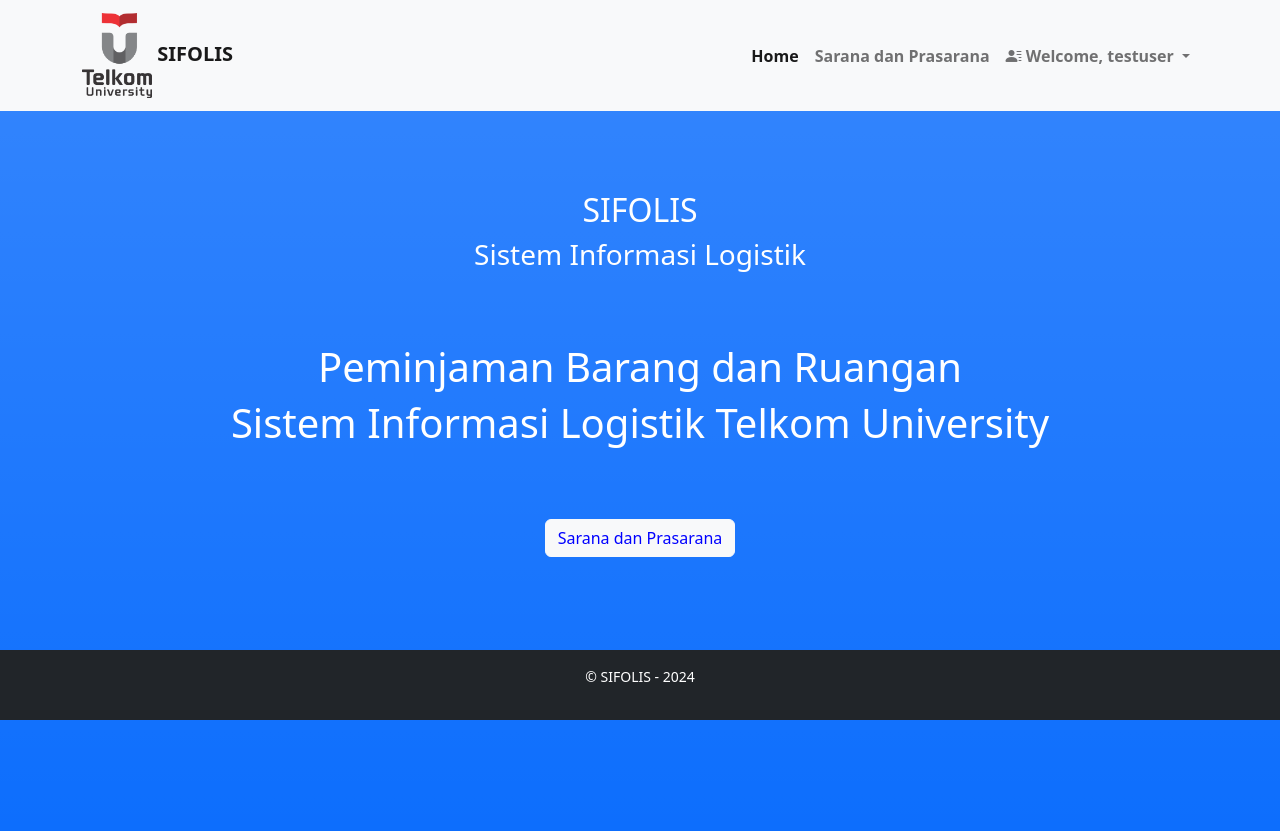
Repository: Audi87/uas_framework
Page: http://localhost/
An editor plug-in stored every save of this project. The page is shown before and after the next save, followed by the edit.
The browser window is 1280 px wide. The pictures show the whole page.
Some web libraries are served in a nearby version. The page is served by the project's Laravel application, run on PHP 8.4 with Laravel 10. A made-up administrator, Test User (test@example.com), is signed in. Other server files are loaded and not shown.

Above is the page before, as saved 2024-06-13 21:02:53.

### routes/web.php
<?php

use App\Http\Controllers\{
    BarangController, ContactController, CustumerController, DataPeminjamanController, HistoryController,
    Home, LoginController, PeminjamanController, ProfilController, RegistrasiController,
    SaranaDanPrasaranaController, AdminController
};
use Illuminate\Support\Facades\Route;


Route::get('/', [Home::class, 'index'])->middleware('auth');

Route::get('/login', [LoginController::class, 'index'])->name('login')->middleware('guest');
Route::post('/login', [LoginController::class, 'login']);
Route::post('/logout', [LoginController::class, 'logout']);

Route::get('/registrasi', [RegistrasiController::class, 'index'])->middleware('guest');
Route::post('/registrasi', [RegistrasiController::class, 'registrasi']);

Route::get('/dashboard', function() {
    return view('dashboard.index', ['title' => 'Dashboard Admin']);
})->middleware('admin');

Route::get('/profil/{user:id}', [ProfilController::class, 'index'])->middleware('auth');

Route::get('/sarana dan prasarana', [SaranaDanPrasaranaController::class, 'index'])->middleware('auth');
Route::resource('/sarana-prasarana', BarangController::class)->middleware('admin');

Route::get('/peminjaman/{barang:id}', [PeminjamanController::class, 'index'])->middleware('auth');
Route::post('/peminjaman/{barang:id}', [PeminjamanController::class, 'peminjaman'])->middleware('auth');

Route::get('/history/{user:id}', [HistoryController::class, 'index'])->middleware('auth');

Route::get('/kembalikan/{id}', [PeminjamanController::class, 'kembalikan'])->middleware('auth');
Route::get('/detail-peminjaman/{id}', [PeminjamanController::class, 'detailPeminjaman'])->middleware('auth');

Route::get('/category/{id}', [SaranaDanPrasaranaController::class, 'category'])->middleware('auth');

Route::get('/custumer', [CustumerController::class, 'index'])->middleware('admin');
Route::get('/custumer/{user:id}', [CustumerController::class, 'detail'])->middleware('admin');

Route::get('/data-peminjaman', [DataPeminjamanController::class, 'index'])->middleware('admin');
Route::get('/data-peminjaman/{id}', [DataPeminjamanController::class, 'detail'])->middleware('admin');

Route::get('/contact', [ContactController::class, 'index'])->middleware('auth');

### app/Models/User.php
<?php

namespace App\Models;

// use Illuminate\Contracts\Auth\MustVerifyEmail;
use Illuminate\Database\Eloquent\Factories\HasFactory;
use Illuminate\Foundation\Auth\User as Authenticatable;
use Illuminate\Notifications\Notifiable;
use Laravel\Sanctum\HasApiTokens;

class User extends Authenticatable
{
    use HasApiTokens, HasFactory, Notifiable;

    /**
     * The attributes that are mass assignable.
     *
     * @var array<int, string>
     */
    // protected $fillable = [
    //     'name',
    //     'email',
    //     'password',
    // ];

    /**
     * The attributes that should be hidden for serialization.
     *
     * @var array<int, string>
     */
    protected $hidden = [
        'password',
        'remember_token',
    ];

    /**
     * The attributes that should be cast.
     *
     * @var array<string, string>
     */
    protected $casts = [
        'email_verified_at' => 'datetime',
    ];

    protected $guarded = ['id'];

    public function peminjaman(){
        return $this->belongsTo(Peminjaman::class);
    }
}

### app/Http/Controllers/Home.php
<?php

namespace App\Http\Controllers;

use Illuminate\Http\Request;

class Home extends Controller
{
    //function untuk menampilkan view home
    public function index(){
        return view('index', [
            'title' => 'Home'
        ]);
    }
}

### resources/views/index.blade.php
<!doctype html>
<html lang="en">

<head>
    <meta charset="utf-8">
    <meta name="viewport" content="width=device-width, initial-scale=1">
    <title>{{ $title }}</title>

    <link href="https://cdn.jsdelivr.net/npm/bootstrap@5.2.0/dist/css/bootstrap.min.css" rel="stylesheet"
        integrity="sha384-gH2yIJqKdNHPEq0n4Mqa/HGKIhSkIHeL5AyhkYV8i59U5AR6csBvApHHNl/vI1Bx" crossorigin="anonymous">

    {{-- Styel Css Home --}}
    <link rel="stylesheet" href="/css/style.css">

    {{-- Link Icons Bootstrap --}}
    <link rel="stylesheet" href="https://cdn.jsdelivr.net/npm/bootstrap-icons@1.9.1/font/bootstrap-icons.css">

    {{-- Link Animtion Aos --}}
    <link rel="stylesheet" href="https://unpkg.com/aos@next/dist/aos.css" />

</head>

<body>

    @include('navbar.navbar')

    <div class="container-fluid bg-primary bg-gradient" id="container-fluid">
        <div class="container1">

            <div class="row py-3 text-center">
                <div class="col-lg-4 offset-lg-4 col-md-6 offset-md-3 col-sm-8 offset-sm-2 col-12 mt-3">
                    @if (session()->has('success'))
                        {{-- Alert --}}
                        <div class="alert alert-success" role="alert">
                            <strong>{{ session('success') }}</strong>
                        </div>
                        {{-- End alert --}}
                    @endif
                </div>
            </div>

            <div class="row py-3 text-center text-white">
                <div class="col-lg-12 mt-3">
                    <h2>SIFOLIS</h2>
                    <h3>Sistem Informasi Logistik</h3>
                </div>
            </div>



            <div class="row text-white text-center d-flex justify-content-center mt-5">
                <div class="col-lg-8">
                    <h1>Peminjaman Barang dan Ruangan<h1>
                            <n>Sistem Informasi Logistik Telkom University
                        </h1>
                        </n>
                </div>
            </div>

            <div class="row py-3 text-center mt-5" data-aos="flip-left" data-aos-duration="2000">
                <div class="col-lg-12">
                    <a href="sarana dan prasarana" class="btn btn-light ">Sarana dan Prasarana</a>
                </div>
            </div><br><br><br><br><br><br>

        </div>
    </div>

    @include('footer.footer')

    <script src="https://cdn.jsdelivr.net/npm/bootstrap@5.2.0/dist/js/bootstrap.bundle.min.js"
        integrity="sha384-A3rJD856KowSb7dwlZdYEkO39Gagi7vIsF0jrRAoQmDKKtQBHUuLZ9AsSv4jD4Xa" crossorigin="anonymous">
    </script>

    {{-- Link Jquery --}}
    <script src="js/jquery.js"></script>

    {{-- Link Script Js --}}
    <script src="js/script.js"></script>

    <script src="https://unpkg.com/aos@next/dist/aos.js"></script>
    <script>
        AOS.init();
    </script>

</body>

</html>

### resources/views/navbar/navbar.blade.php
{{-- Navbar --}}
<nav class="navbar navbar-expand-lg bg-light navbar-light">
    <div class="container">
        <a class="navbar-brand" href="/"><img src="img/logo.png" width="70" alt="" data-aos="flip-left"
                data-aos-duration="2000"> SIFOLIS </a>
        <button class="navbar-toggler" type="button" data-bs-toggle="collapse" data-bs-target="#navbarNav"
            aria-controls="navbarNav" aria-expanded="false" aria-label="Toggle navigation">
            <span class="navbar-toggler-icon"></span>
        </button>
        <div class="collapse navbar-collapse" id="navbarNav">
            <ul class="navbar-nav ms-auto">
                <li class="nav-item">
                    <a class="nav-link {{ Request::is('/') ? 'active' : '' }}" aria-current="page"
                        href="/">Home</a>
                </li>
                <li class="nav-item">
                    <a class="nav-link {{ Request::is('sarana dan prasarana') ? 'active' : '' }}" aria-current="page"
                        href="/sarana dan prasarana">Sarana dan Prasarana</a>
                </li>

                @auth
                    <li class="nav-item dropdown">
                        <a class="nav-link dropdown-toggle" href="#" role="button" data-bs-toggle="dropdown"
                            aria-expanded="false">
                            <i class="bi bi-person-lines-fill"></i> Welcome, {{ auth()->user()->username }}
                        </a>
                        <ul class="dropdown-menu">
                            @can('admin')
                                <li><a class="dropdown-item" href="/dashboard">Dashboard Admin</a></li>
                            @endcan
                            <li><a class="dropdown-item" href="/history/{{ auth()->user()->id }}">Peminjaman</a></li>
                            <li><a class="dropdown-item" href="/contact">Contact Us</a></li>
                            <li><a class="dropdown-item" href="/profil/{{ auth()->user()->id }}"><i
                                        class="bi bi-person-lines-fill"></i> My Profil</a></li>
                            <li>
                                <hr class="dropdown-divider">
                            </li>
                            {{-- Form Logout --}}
                            <form action="/logout" method="post">
                                @csrf
                                <button type="submit" class="dropdown-item"
                                    onclick="return confirm('sure want to go out?')"><i class="bi bi-box-arrow-in-left"></i>
                                    Logout</button>
                            </form>
                            {{-- End From --}}
                        </ul>
                    </li>
                @else
                    <li class="nav-item">
                        <a class="nav-link {{ Request::is('login') ? 'active' : '' }}" href="/login"><i
                                class="bi bi-box-arrow-in-right"></i> Login</a>
                    </li>
                @endauth

            </ul>
        </div>
    </div>
</nav>
{{-- End Navbar --}}

### resources/views/footer/footer.blade.php
<div class="container">
    <!-- Konten Halaman di sini -->
</div>
<div class="fixed-bottom">
<footer class="container-fluid bg-dark text-white text-center">
    <div class="container1">
        <div class="row">
            <div class="col-lg-12">
                <small><p class="mt-3">&copy; SIFOLIS - 2024</p></small>
            </div>
        </div>
    </div>
    </div>
</footer>

### public/css/style.css
html, body {
    height: 100%;
    margin: 0;
    background-size: cover;
    background-position: center;
    background-repeat: no-repeat;
}

.container-fluid {
    min-height: 100%; /* Pastikan kontainer memiliki tinggi minimal 100% dari tinggi viewport */
    height: 70px;
}

nav ul li {
    font-weight: bold;
}

nav a {
    font-weight: bold;
}

nav ul li:hover {
    background-color: orangered;

    border-radius: 17px;

}

nav {
    position: absolute;
    z-index: 1000;
}

.container {
    display: flex;
    justify-content: flex-end;
    margin-left: auto;
}

.icon-container {
    display: flex;
    gap: 10px; /* Optional: Adds space between the images */
    align-items: center; /* Optional: Aligns images vertically if they are of different sizes */
}

.full-height {
    min-height: 100vh; /* 100% dari tinggi viewport */
}

.btn{
    color: blue;
}

### public/js/script.js
$(document).ready(function(){


    window.setTimeout(function(){
        $('.alert').fadeTo(300, 0).slideUp(300, function(){
            $(this).remove();
        });
    }, 4000);

    // Js Show password
    $('#flexCheckDefault').click(function(){
        if($(this).is(':checked')){
            $('#password').attr('type', 'text')
        }else{
            $('#password').attr('type', 'password')
        }
    });

});

Loaded but not shown: app/Http/Controllers/Controller.php (common file); public/js/jquery.js (library)

After the next save:
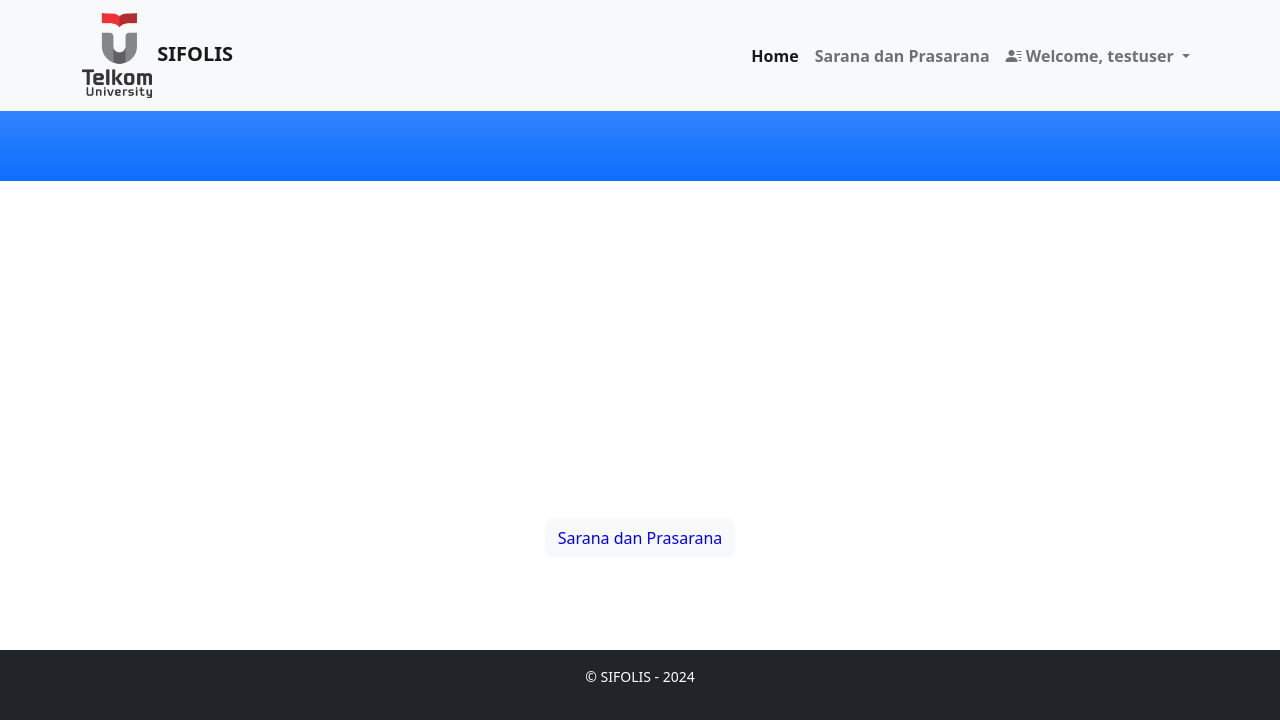
Saved 9 s later.
--- a/public/css/style.css
+++ b/public/css/style.css
@@ -7,7 +7,7 @@
 }
 
 .container-fluid {
-    min-height: 100%; /* Pastikan kontainer memiliki tinggi minimal 100% dari tinggi viewport */
+     /* Pastikan kontainer memiliki tinggi minimal 100% dari tinggi viewport */
     height: 70px;
 }
 
